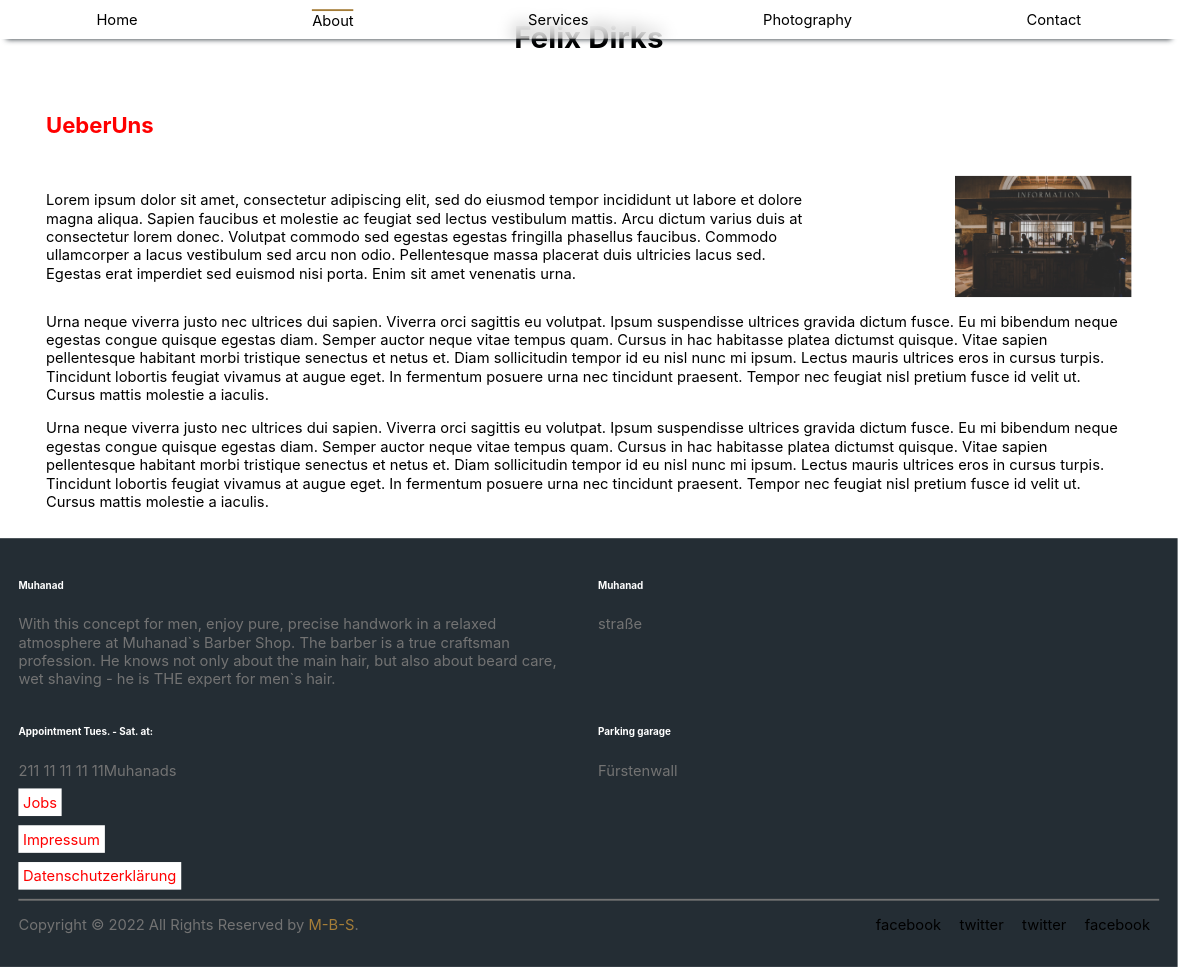
Repository: muhanad-musawi/backend-projekt-frondend
Page: /About (app in pohtographer/)
The author's editor kept a copy of each file at every save. The page is drawn from the files as they stood at one save, then again after the next save.
The browser window is 1280 px wide. The pictures show the whole page, at 92% of full size.
The project was rebuilt for these pictures with package versions that can differ from the ones it lists, and the page was loaded fresh each time. The framework's server and built-in components were replaced by stand-ins that run in the browser. Also part of the build but not shown: pohtographer/next.config.js.

Above is the page before, as saved 2022-03-27 15:55:08.

### pohtographer/pages/_app.js
import '../styles/globals.css'
import Layout from '../layouts/default'

function MyApp({ Component, pageProps }) {


  const getLayout = Component.getLayout
  || ((page) => (<Layout>{page}</Layout>))

  return  getLayout (<Component {...pageProps} />


  )

}

export default MyApp

### pohtographer/pages/About.jsx

import styles from '../styles/main.module.css'
import Image from 'next/image'
import imgA from '../img/philip-strong-iOBTE2xsYko-unsplash.jpg'


function UeberUns() {
  return (
    <div>

    <div className={styles.mainContent}  >

    <h2 className={styles.hTwo} >UeberUns</h2>

    <div  className={styles.imgText} >
    <p className={styles.text} >Lorem ipsum dolor sit amet, consectetur adipiscing elit, sed do eiusmod tempor incididunt ut labore et dolore magna aliqua. Sapien faucibus et molestie ac feugiat sed lectus vestibulum mattis. Arcu dictum varius duis at consectetur lorem donec. Volutpat commodo sed egestas egestas fringilla phasellus faucibus. Commodo ullamcorper a lacus vestibulum sed arcu non odio. Pellentesque massa placerat duis ultricies lacus sed. Egestas erat imperdiet sed euismod nisi porta. Enim sit amet venenatis urna.
    </p>
    <Image width={192}  height={118} src={imgA} alt="" />
    </div>

    <p  className={styles.text}>Urna neque viverra justo nec ultrices dui sapien. Viverra orci sagittis eu volutpat. Ipsum suspendisse ultrices gravida dictum fusce. Eu mi bibendum neque egestas congue quisque egestas diam. Semper auctor neque vitae tempus quam. Cursus in hac habitasse platea dictumst quisque. Vitae sapien pellentesque habitant morbi tristique senectus et netus et. Diam sollicitudin tempor id eu nisl nunc mi ipsum. Lectus mauris ultrices eros in cursus turpis. Tincidunt lobortis feugiat vivamus at augue eget. In fermentum posuere urna nec tincidunt praesent. Tempor nec feugiat nisl pretium fusce id velit ut. Cursus mattis molestie a iaculis.</p>

    <p className={styles.text}>
    Urna neque viverra justo nec ultrices dui sapien. Viverra orci sagittis eu volutpat. Ipsum suspendisse ultrices gravida dictum fusce. Eu mi bibendum neque egestas congue quisque egestas diam. Semper auctor neque vitae tempus quam. Cursus in hac habitasse platea dictumst quisque. Vitae sapien pellentesque habitant morbi tristique senectus et netus et. Diam sollicitudin tempor id eu nisl nunc mi ipsum. Lectus mauris ultrices eros in cursus turpis. Tincidunt lobortis feugiat vivamus at augue eget. In fermentum posuere urna nec tincidunt praesent. Tempor nec feugiat nisl pretium fusce id velit ut. Cursus mattis molestie a iaculis.
    </p>

  </div>

  </div>
  )
}

export default UeberUns

### pohtographer/styles/globals.css
html,
body {
  padding: 0;
  margin: 0;
  font-family: -apple-system, BlinkMacSystemFont, Segoe UI, Roboto, Oxygen,
    Ubuntu, Cantarell, Fira Sans, Droid Sans, Helvetica Neue, sans-serif;
}

a {
  color: inherit;
  text-decoration: none;
}

* {
  box-sizing: border-box;
}

### pohtographer/layouts/default.jsx

import Header from '../components/Header'

import Footer from '../components/Footer'
import Head from 'next/head'


function Layout ({children}) {
  return (
    <div>
       <Header/>
       <Head>
        <title>my-App</title>
        <meta name="description" content="Generated by create next app" />
        <link rel="icon" href="/favicon.ico" />
      </Head>
      {children}
      <Footer/>
    </div>
  )
}

export default Layout

### pohtographer/styles/main.module.css


.mainContent{
  margin: 30px 50px;
}

.hTwo {
  color: red;
  margin: 40px 0px;
}

.text{
  text-align: left;


}

.imgText{
  display: flex;
  justify-content: space-between;
}

.imgText p {
  width: 70%;
 }

### pohtographer/components/Header.jsx
import Link from 'next/link'
import Image from 'next/image'
import home from '../img/home.svg'
import about from '../img/about.svg'
import service from '../img/service.svg'
import experience from '../img/experience.svg'
import contact from '../img/contact.svg'

import styles from '../styles/Header.module.css'
import { useRouter } from "next/router";



function Header() {

  const router = useRouter();

  return (
    <div className={styles.navbarCenter} >
      <h1 className={styles.logoName}>Felix Dirks</h1>
    <div className={styles.headerLinks}>

        <Link href="/">
          <a className={router.pathname == "/" ? styles.active : ""}><span className={styles.desktopVersion}>Home</span>
        <span className={styles.mobileVersion}>

          <span className={styles.img}> <Image  src={home} alt="home" /></span>


        </span></a>
        </Link>

        <Link href="/About">
          <a className={router.pathname == "/About" ? styles.active : ""}>
          <span className={styles.desktopVersion}>About</span>
        <span className={styles.mobileVersion}>


        <span className={styles.img} ><Image   src={about} alt="about" /></span>

        </span>
          </a>
        </Link>

        <Link href="/Services">
          <a className={router.pathname == "/Services" ? styles.active  : ""}>
          <span className={styles.desktopVersion}>Services</span>
        <span className={styles.mobileVersion}>

          <span className={styles.img}><Image  src={service} alt="service" /></span>


        </span>
          </a>
        </Link>

        <Link href="/Photography">
          <a className={router.pathname == "/Photography" ? styles.active  : ""}>
          <span className={styles.desktopVersion}>Photography</span>
        <span className={styles.mobileVersion}>

          <span className={styles.img} > <Image  src={home} alt="home" /></span>


        </span>
          </a>
        </Link>

        <Link href="/Contact">
          <div className={router.pathname == "/Contact" ? styles.active : ""}>
          <span className={styles.desktopVersion}>Contact</span>

        <span className={styles.mobileVersion}>

          <span className={styles.img} ><Image  src={contact} alt="contact" /></span>

        </span>
          </div>
        </Link>

        </div>

    </div>
  )
}

export default Header

### pohtographer/components/Footer.jsx
import Link from "next/link";
import styles from "../styles/Footer.module.css";

function Footer() {
  return (
    <div className={styles.footer}>

    <div className={styles.startFooter}>
      <div className={styles.conceptText}>
        <h6>Muhanad</h6>
        <p>
          With this concept for men, enjoy pure, precise handwork in a relaxed
          atmosphere at Muhanad`s Barber Shop. The barber is a true craftsman
          profession. He knows not only about the main hair, but also about
          beard care, wet shaving - he is THE expert for men`s hair.
        </p>
      </div>

      <div className={styles.adresseLink}>
        <h6>Muhanad</h6>
        <div>
          <Link href="'">straße</Link>
        </div>
      </div>

      <div className={styles.openingContactDetails}>
        <h6>Appointment Tues. - Sat. at:</h6>
        <div>
          <Link href="'">211 11 11 11 11</Link>
          <Link href="'">Muhanads</Link>
        </div>
      </div>

      <div className={styles.parkingGarage}>
        <h6>Parking garage</h6>
        <div>
          <Link href="'">Fürstenwall</Link>
        </div>
      </div>

      <div className={styles.jobsImpressumDatenschutzerklärungLink}>
      <div><Link href="#1">Jobs</Link></div>
      <div><Link href="#2">Impressum</Link></div>
       <div><Link href="#3">Datenschutzerklärung</Link></div>
      </div>
       </div>


      <div className={styles.endFooter}>

        <div className={styles.copyrightLink}>
          <p>
           Copyright &copy; 2022 All Rights Reserved by
           <span className={styles.link}><Link href="#">  M-B-S</Link></span>.
          </p>
        </div>

        <div className={styles.socialMedia}>
          <ul className={styles.socialMediaUl}>
            <li>
              <Link href="#">facebook</Link>
            </li>
            <li>
              <Link href="#">twitter</Link>
            </li>
            <li>
              <Link href="#">twitter </Link>
            </li>
            <li>
              <Link href="#">facebook</Link>
            </li>
          </ul>
        </div>
      </div>

    </div>
  );
}

export default Footer;

### pohtographer/styles/Header.module.css
/*
$color-white:#ffffff;
$footer-color:#737373;
$color-gold:#a57d38;
$color-dark:#242d34;
*/




.navbarCenter {
  width: 100%;
  display: flex;
  justify-content: center;

}

.headerLinks {
  -webkit-backdrop-filter: blur(10px);
  backdrop-filter: blur(10px);
  background-color: rgba(255, 255, 255, 0.5);

  margin: auto auto;
  padding: 10px;
  margin-bottom: 50px;
  display: flex;
  justify-content: space-around;
  align-items: center;

  border-radius: 40px;
  overflow: hidden;
  position: fixed;
  bottom: 0;
  width: 85%;
}

.mobileVersion {
  display: flex;
  justify-content: center;
  align-items: center;
  visibility: visible;
  border: 1px solid #a57d38;
  border-radius: 60%;
}

.mobileVersion:hover {
  border: 1px solid #a57d38;
  background-color: #242d34;
  border-radius: 60%;
}

.active {
  background-color: #242d34;
  border-radius: 60%;
  border: 2px solid #a57d38;
}

.img {
  width: 40px;
  margin: 5px;
  margin-left: 10px;
  margin-right: 10px;
  margin-top: 10px;
}

.desktopVersion {
  display: none;
  visibility: hidden;
}



@media screen and (min-width: 1024px) {

  .navbarCenter {

    position: sticky;
    overflow: hidden;
    z-index: 2;
    top: 0;

    width: 100%;
  }


  .headerLinks {
    width: 100%;
    -webkit-backdrop-filter: blur(10px);
    backdrop-filter: blur(10px);
    background-color: rgba(255, 255, 255, 0.5);


    justify-content: space-around;
    margin-top: 0px;
    margin-bottom: 0px;
    border-radius: 0;
    bottom: unset;


    -webkit-box-shadow: 0 8px 6px -6px #242d34;
    -moz-box-shadow: 0 8px 6px -6px #242d34;
    box-shadow: 0 8px 6px -6px #242d34;
  }


  .active {

    background-color: initial;
    border-radius: 0;
    border: none;
    border-top: 2px solid #a57d38;
  }

  .mobileVersion {
    display: none;
    visibility: hidden;
  }

  .desktopVersion {


    display: block;
    visibility: visible;
  }




}

### pohtographer/styles/Footer.module.css


.footer {
  width: 100%;
  padding: 20px;
  background-color: rgba(36,45,52,1);
}

.startFooter {
  display: grid;
  grid-template-columns: 1fr;
  grid-template-rows: 1fr;
}

.conceptText h6{
  color: #ffffff;

}

.conceptText p {
  color: #737373;
}

.adresseLink h6{
  color: #ffffff;
}

.adresseLink div{
  color: #737373;
}

.openingContactDetails h6{
  color: #ffffff;
}

.openingContactDetails div{
  color: #737373;
}

.parkingGarage h6{
  color: #ffffff;
}

.parkingGarage div {
  color: #737373;
}

.jobsImpressumDatenschutzerklärungLink  div {
  margin: 10px 0;
  padding: 5px 5px;
  color: red;
  background-color: #ffffff;
  width: max-content;
}


.copyrightLink {
  color: #737373;
  display: flex;

}

.link {
  color: #a57d38;
}

.endFooter {
  width: 100%;
  display: flex;
  justify-content: space-between;
  align-items: center;
  border-top: 2px solid  #737373;
}

.socialMedia {

}

.socialMediaUl {
  list-style: none;
  display: flex;
}

.socialMediaUl li {
  margin: 0 10px
}


@media screen and (min-width: 700px) {

  .startFooter {
    display: grid;
    grid-template-columns: 1fr 1fr ;
    grid-template-rows: auto;
    column-gap: 20px;
  row-gap:
  }


}

After the next save:
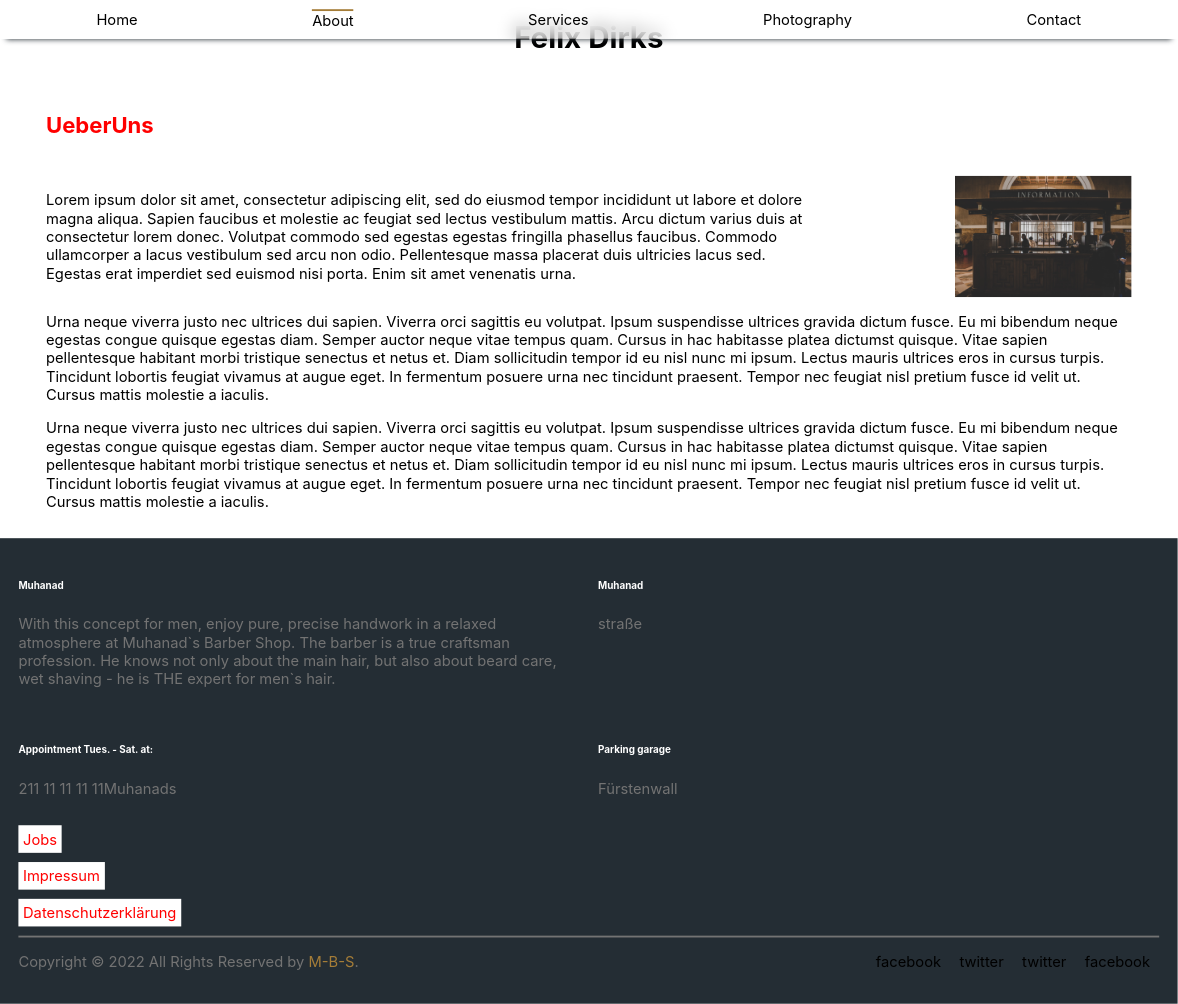
Saved 4 s later.
--- a/pohtographer/styles/Footer.module.css
+++ b/pohtographer/styles/Footer.module.css
@@ -93,7 +93,7 @@
     grid-template-columns: 1fr 1fr ;
     grid-template-rows: auto;
     column-gap: 20px;
-  row-gap:
+  row-gap: 20px ;
   }
 
 
